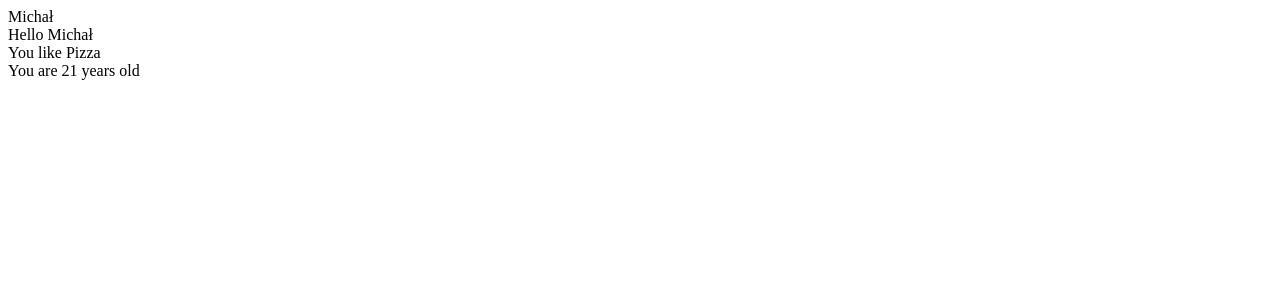
Repository: Nowacki97PL/PHPyt
Page: http://localhost/data.php
These files come from the project's save history. The page is drawn as it stood at one moment and after the next save; the edit follows.
The browser window is 1280 px wide. The pictures show the whole page.
The page is run by PHP 8.4 with error messages shown; the project is at /var/www/html/.

Above is the page before, as saved 2024-10-06 21:20:39.

### data.php
<?php
$name = "Michał";
$food = " Pizza";
$age = 21;
$employed = true;
$online = false;

echo $name;

echo "<br>Hello {$name}";
echo "<br>You like {$food}";
echo "<br>You are $age years old";

After the next save:
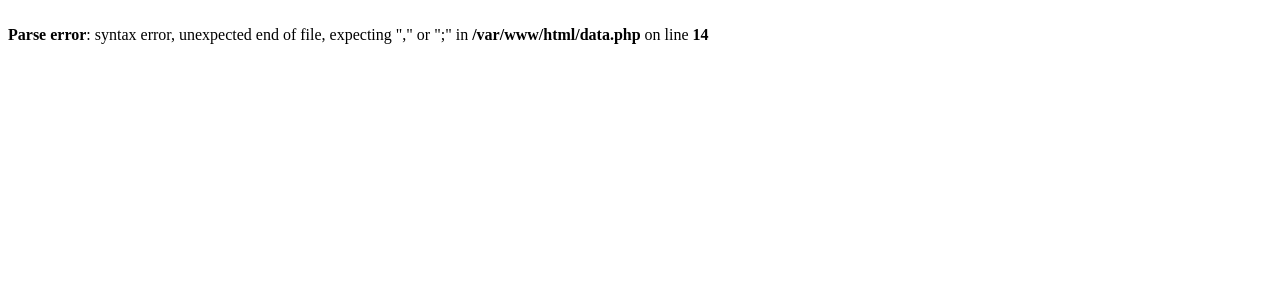
Saved 26 s later.
--- a/data.php
+++ b/data.php
@@ -10,3 +10,5 @@ echo $name;
 echo "<br>Hello {$name}";
 echo "<br>You like {$food}";
 echo "<br>You are $age years old";
+
+echo "o"
